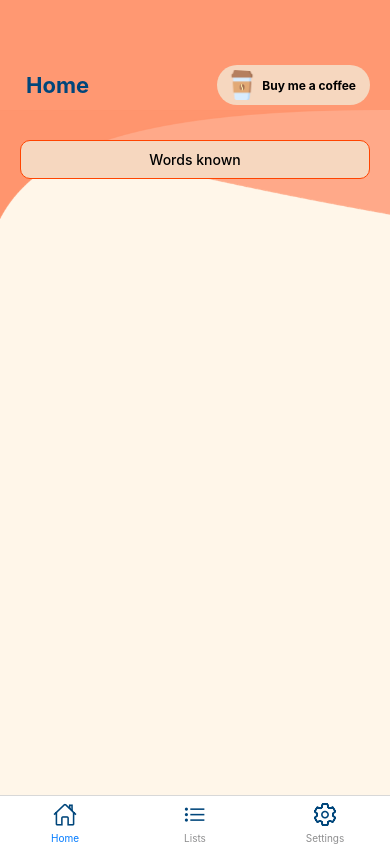
Repository: David-Waite/SpellingApp
Screen: /
An editor plug-in stored every save of this project. The screen is shown before and after the next save, followed by the edit.
The app was drawn by React Native's web renderer in a window 390 px wide. The project was rebuilt for these pictures with package versions that can differ from the ones it lists, and the page was loaded fresh each time. Also part of the build but not shown: screens/Settings.js, screens/SpellWord.js, screens/WordsLearnt.js, screens/WordListOverview.js, screens/WordLists.js, screens/Donate.js.

Above is the screen before, as saved 2023-06-22 22:21:32.

### App.js
import { NavigationContainer } from "@react-navigation/native";
import { StatusBar } from "expo-status-bar";
import { StyleSheet } from "react-native";
import { Ionicons } from "@expo/vector-icons";

import Home from "./screens/Home";
import Settings from "./screens/Settings";
import SpellWord from "./screens/SpellWord";
import WordsLearnt from "./screens/WordsLearnt";
import WordListOverview from "./screens/WordListOverview";
import WordLists from "./screens/WordLists";
import Donate from "./screens/Donate";

import { createStackNavigator } from "@react-navigation/stack";
import { createBottomTabNavigator } from "@react-navigation/bottom-tabs";
import { GlobalStyles } from "./constants/styles";

import CoffeeBtn from "./components/ui/CoffeeBtn";

const BottomTabs = createBottomTabNavigator();
const Stack = createStackNavigator();

function BottomTabsScreens() {
  return (
    <BottomTabs.Navigator>
      <BottomTabs.Screen
        name="Home"
        component={Home}
        headerShadowVisible={false}
        options={({ navigation }) => ({
          headerRight: () => (
            <CoffeeBtn
              onPress={() => {
                navigation.navigate("Donate");
              }}
            />
          ),
          title: "Home",
          tabBarLabel: "Home",
          headerTitleAlign: "left",
          headerShadowVisible: false,
          headerTitleStyle: {
            color: GlobalStyles.colors.accent500,
            fontSize: 22,
            marginLeft: 10,
            fontWeight: 700,
            marginBottom: -60,
          },
          headerStyle: {
            backgroundColor: GlobalStyles.colors.primary400,
            height: 110,
          },

          tabBarIcon: ({ color, size }) => (
            <Ionicons
              name="home-outline"
              size={size}
              color={GlobalStyles.colors.accent500}
            />
          ),
        })}
      />
      <BottomTabs.Screen
        name="WordLists"
        component={WordLists}
        options={{
          title: "Word Lists",
          tabBarLabel: "Lists",
          tabBarIcon: ({ color, size }) => (
            <Ionicons
              name="list-outline"
              size={size}
              color={GlobalStyles.colors.accent500}
            />
          ),
        }}
      />
      <BottomTabs.Screen
        name="Settings"
        component={Settings}
        options={{
          title: "Settings",
          tabBarLabel: "Settings",
          tabBarIcon: ({ color, size }) => (
            <Ionicons
              name="settings-outline"
              size={size}
              color={GlobalStyles.colors.accent500}
            />
          ),
        }}
      />
    </BottomTabs.Navigator>
  );
}
export default function App() {
  return (
    <>
      <StatusBar style="light" />
      <NavigationContainer>
        <Stack.Navigator>
          <Stack.Screen
            name="BottomTabsScreen"
            component={BottomTabsScreens}
            options={{ headerShown: false }}
          />
          <Stack.Screen
            name="WordsLearnt"
            component={WordsLearnt}
            options={{ presentation: "modal" }}
          />
          <Stack.Screen name="WordListOverview" component={WordListOverview} />
          <Stack.Screen
            name="SpellWord"
            component={SpellWord}
            options={{ presentation: "modal" }}
          />
          <Stack.Screen
            name="Donate"
            component={Donate}
            options={{ presentation: "modal" }}
          />
        </Stack.Navigator>
      </NavigationContainer>
    </>
  );
}

const styles = StyleSheet.create({
  container: {
    flex: 1,
    backgroundColor: "#fff",
    alignItems: "center",
    justifyContent: "center",
  },
});

### screens/Home.js
import { ImageBackground, Text, View } from "react-native";
import { Dimensions } from "react-native";

import { StyleSheet } from "react-native";
import { GlobalStyles } from "../constants/styles";

import WordsLearntCard from "../components/ui/WordsLearntCard";
import StatBtn from "../components/ui/Home/StatBtn";

const windowWidth = Dimensions.get("window").width;
const windowHeight = Dimensions.get("window").height;
const imageHeight = windowWidth / 3.5;

function Home({ navigation }) {
  return (
    <View style={styles.imageContainer}>
      <ImageBackground
        style={styles.ImageBackground}
        source={require("../images/SpellingAppHeaderBackground.png")}
      >
        <View style={styles.container}>
          <View>
            <StatBtn />
            <StatBtn />
          </View>
          <WordsLearntCard navigation={navigation} />
        </View>
      </ImageBackground>
    </View>
  );
}

export default Home;

const styles = StyleSheet.create({
  imageContainer: {
    flex: 1,
    backgroundColor: GlobalStyles.colors.background,
  },
  container: {
    padding: 20,
    paddingTop: 30,
  },
  ImageBackground: {
    resizeMode: "contain",
    width: windowWidth,
    height: imageHeight,
  },
});

### constants/styles.js
export const GlobalStyles = {
  colors: {
    background: "#FFF6E9",
    primary50: "#FFF0E5",
    primary100: "#F6D7BF",
    primary100Dark: "#c7ad99",
    primary300: "#FFA989",
    primary400: "#FF9872",
    primary500: "#FF946E",
    primary800: "#FF4400",
    accent500: "#00467B",
    success500: "#0A8900",
    error500: "#FF0000",
  },
};

### components/ui/CoffeeBtn.js
import { Image } from "react-native";
import { StyleSheet } from "react-native";
import { Pressable } from "react-native";
import { View, Text } from "react-native";
import { GlobalStyles } from "../../constants/styles";

function CoffeeBtn({ onPress }) {
  return (
    <Pressable
      onPress={onPress}
      style={({ pressed }) => [styles.conatiner, pressed && styles.pressed]}
    >
      <View style={styles.layoutConatiner}>
        <Image
          style={styles.coffee}
          source={require("../../images/coffee-cup.png")}
        />
        <Text style={styles.text}>Buy me a coffee</Text>
      </View>
    </Pressable>
  );
}

export default CoffeeBtn;

const styles = StyleSheet.create({
  conatiner: {
    backgroundColor: GlobalStyles.colors.primary100,
    borderRadius: 20,
    paddingLeft: 10,
    paddingRight: 14,
    paddingVertical: 5,
    marginRight: 20,
    marginBottom: -60,
  },
  layoutConatiner: {
    flexDirection: "row",
    alignItems: "center",
    gap: 5,
  },
  text: {
    fontSize: 12,
    fontWeight: 700,
  },
  coffee: {
    width: 30,
    height: 30,
  },
  pressed: {
    backgroundColor: GlobalStyles.colors.primary100Dark,
    borderRadius: 20,
  },
});

### components/ui/WordsLearntCard.js
import { Text, StyleSheet } from "react-native";

import { GlobalStyles } from "../../constants/styles";
import { Pressable } from "react-native";
import { View } from "react-native";

function WordsLearntCard({ navigation }) {
  return (
    <Pressable onPress={() => navigation.navigate("WordsLearnt")}>
      <View style={styles.container}>
        <Text style={styles.WordsKnownText}>Words known</Text>
      </View>
    </Pressable>
  );
}

export default WordsLearntCard;

const styles = StyleSheet.create({
  container: {
    backgroundColor: GlobalStyles.colors.primary100,
    paddingHorizontal: 10,
    paddingVertical: 10,
    borderRadius: 10,
    borderColor: GlobalStyles.colors.primary800,
    borderWidth: 1,
  },
  WordsKnownText: {
    textAlign: "center",
    fontWeight: "500",
  },
  pressed: {
    opacity: 0.75,
  },
});

### components/ui/Home/StatBtn.js
import { StyleSheet } from "react-native";
import { Text, View } from "react-native";
import { GlobalStyles } from "../../../constants/styles";

function StatBtn({ stat, text }) {
  return (
    <View style={styles.container}>
      <Text style={styles.stat}>{stat}</Text>
      <Text style={styles.text}>{text}</Text>
    </View>
  );
}

export default StatBtn;

const styles = StyleSheet.create({
  container: {
    flexDirection: "row",

    borderRadius: 10,
  },
  stat: {
    color: GlobalStyles.colors.accent500,
    fontWeight: "bold",
  },
  text: {
    color: "black",
  },
});

After the next save:
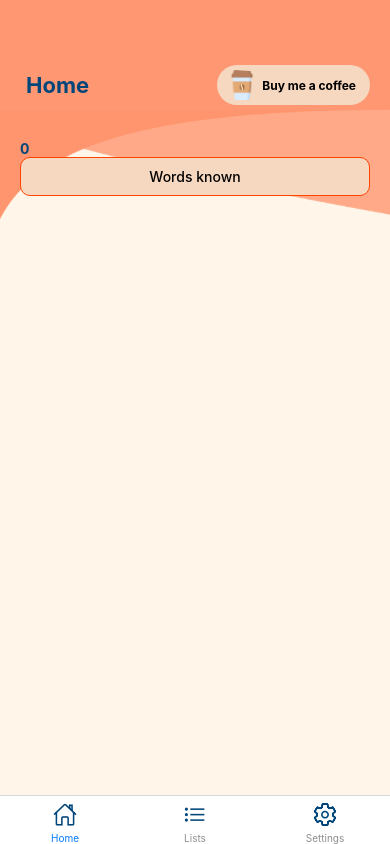
Saved 6 s later.
--- a/screens/Home.js
+++ b/screens/Home.js
@@ -20,7 +20,7 @@ function Home({ navigation }) {
       >
         <View style={styles.container}>
           <View>
-            <StatBtn />
+            <StatBtn stat={0} />
             <StatBtn />
           </View>
           <WordsLearntCard navigation={navigation} />
